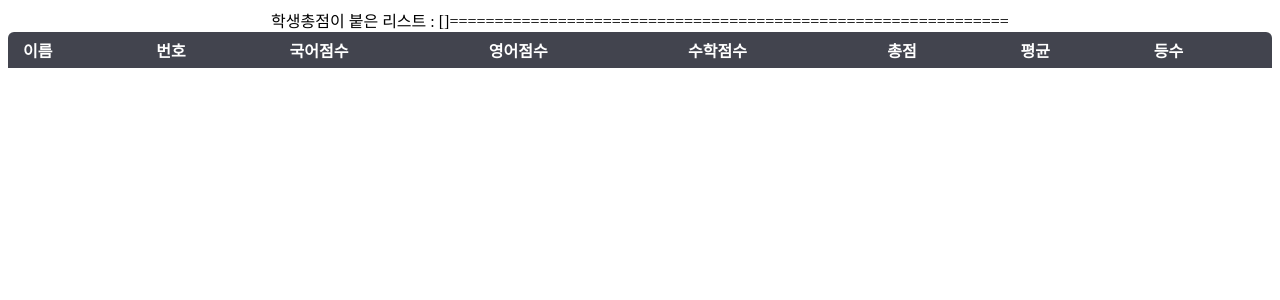
Repository: kimeuiyeob/KOPO_JSP_Study
Page: http://localhost/JSP/selectAll.jsp
These files come from the project's save history. The page is drawn as it stood at one moment and after the next save; the edit follows.
The browser window is 1280 px wide. The pictures show the whole page.
The page is served by Tomcat 9. Queries for data that is not in the repository find no rows.

Above is the page before, as saved 2023-05-26 04:35:09.

After the next save:
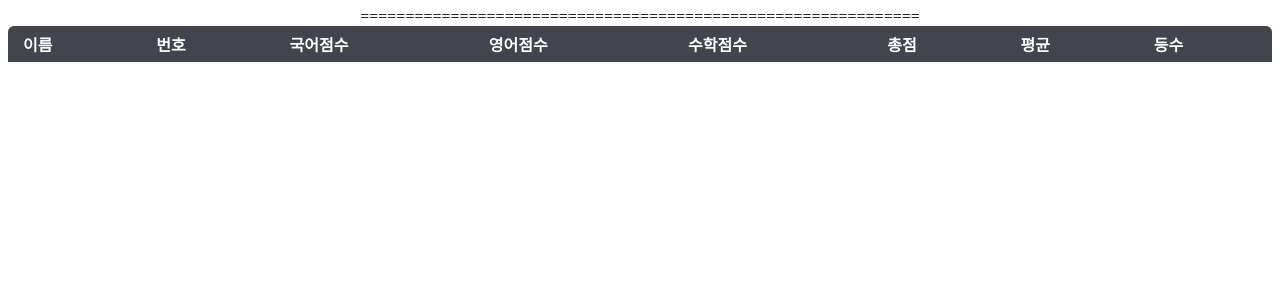
Saved 4 s later.
--- a/JSP/src/main/webapp/selectAll.jsp
+++ b/JSP/src/main/webapp/selectAll.jsp
@@ -61,8 +61,6 @@
 				studentListWithSum.add(oneStu);
 			}
 
-			out.print("학생총점이 붙은 리스트 : " + studentListWithSum);
-
 			Collections.sort(studentListWithSum, new StudentItemComparator());
 			System.out.println("합계로 순 오름차순 : " + studentListWithSum);
 
